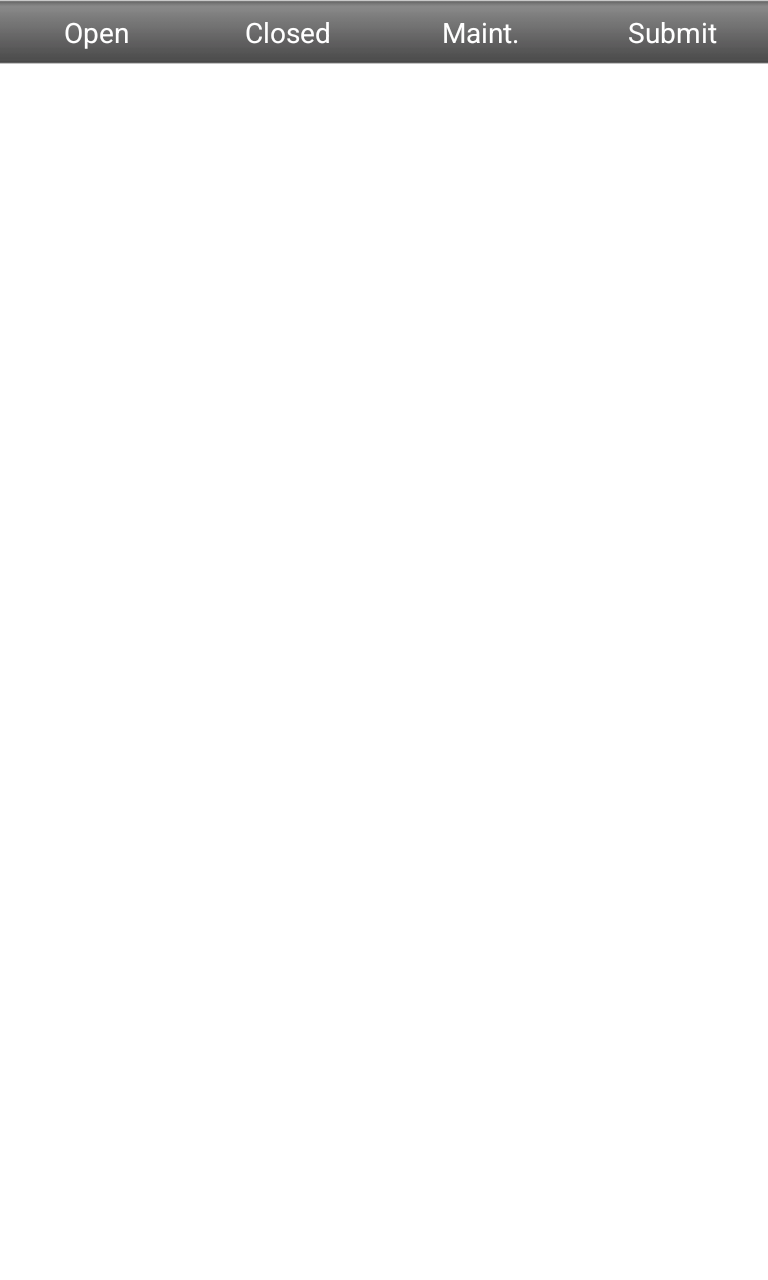
Repository: Pradeep-appstute/First
Layout: Control/res/layout/fragment_tickets.xml
The author's editor kept a copy of each file at every save. The layout is drawn from the files as they stood at one save, then again after the next save.
It is drawn on a 768 x 1280 px phone screen (xhdpi) without system bars, with theme AppTheme; the app's code is not run. Lists and similar views that code fills are empty.

Above is the layout before, as saved 2014-02-11 14:18:47.

After the next save:
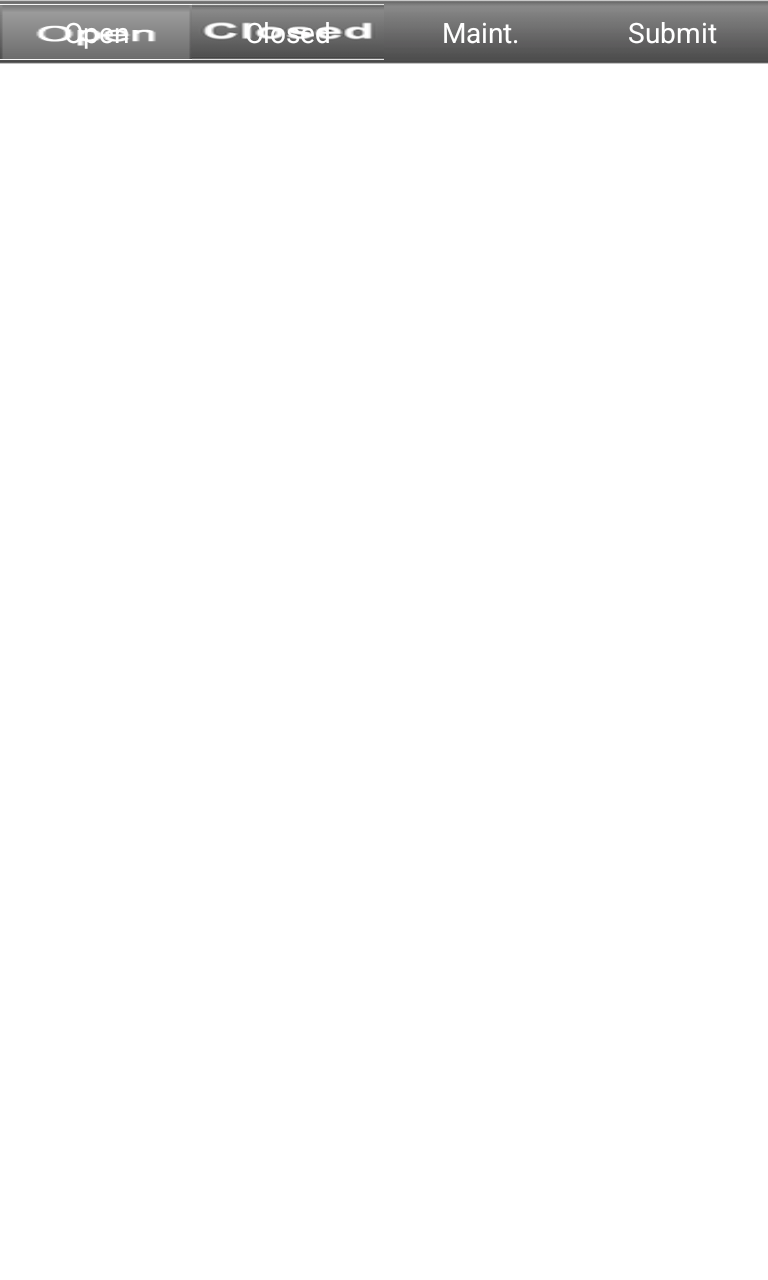
Saved 69 s later.
--- a/Control/res/layout/fragment_tickets.xml
+++ b/Control/res/layout/fragment_tickets.xml
@@ -26,9 +26,10 @@
             android:layout_height="28dp"
             android:textSize="14dp"
             android:layout_weight="1"
-            android:background="#0fff"
             android:text="Open"
-            android:textColor="#fff" >
+            android:textColor="#fff"
+            android:background="@drawable/button_open"
+            >
         </Button>
 
         <Button
@@ -37,9 +38,10 @@
             android:layout_height="28dp"
             android:textSize="14dp"
             android:layout_weight="1"
-            android:background="#0fff"
             android:text="Closed"
-            android:textColor="#fff" >
+            android:textColor="#fff"
+            android:background="@drawable/button_closed"
+            >
         </Button>
 
         <Button
